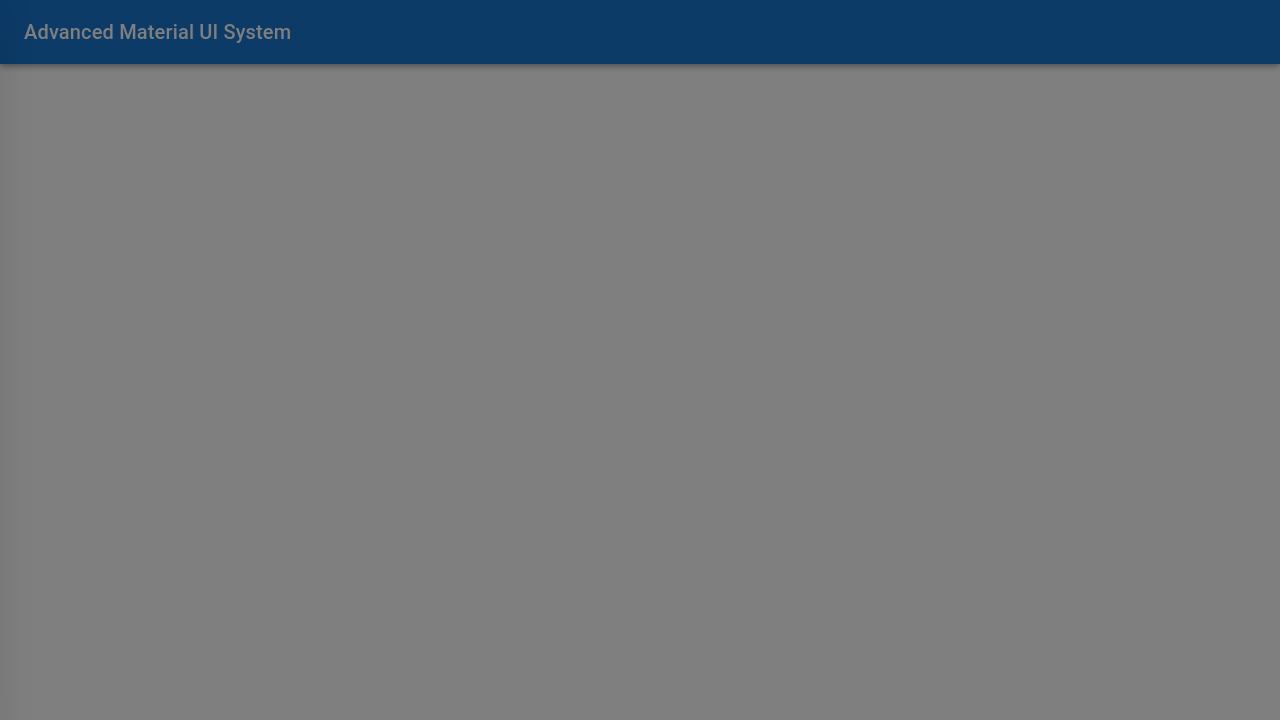
Repository: knowledgeAlan/react-mui
Page: /
These files come from the project's save history. The page is drawn as it stood at one moment and after a run of saves; the edit follows.
The browser window is 1280 px wide. The pictures show the whole page.
The project was rebuilt for these pictures with package versions that can differ from the ones it lists, and the page was loaded fresh each time. Also part of the build but not shown: vite.config.ts.

Above is the page before, as saved 2025-01-20 18:33:14.

After the next 3 saves:
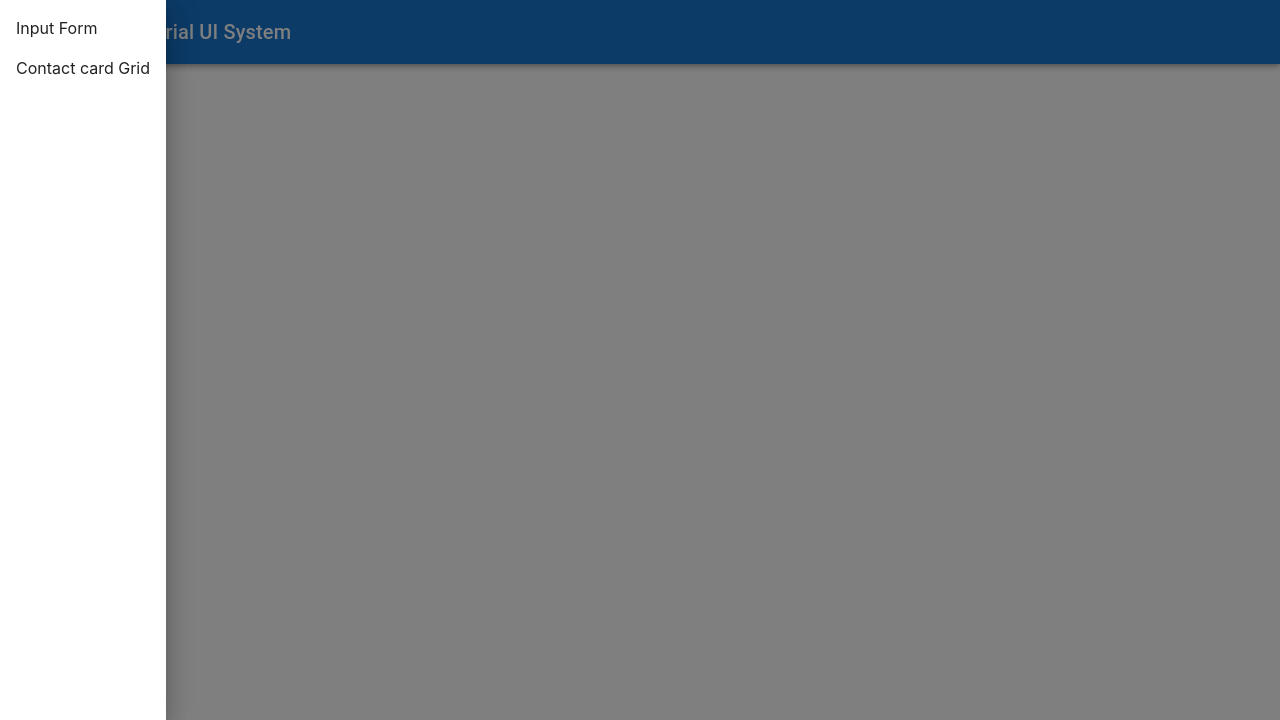
The 3 saves are shown as one change because 1 did not build or start and some came seconds apart.
The last was saved 19 s later.
--- a/src/components/Scaffold/NaviDrawer.tsx
+++ b/src/components/Scaffold/NaviDrawer.tsx
@@ -14,9 +14,9 @@ export default function NavDrawer(){
         <Drawer variant="temporary" open={true}>
 
             <List>
-                {[{text: "Input Form"},{text: "Contact card  Grid"}].map((nav,index) =>{
+                {[{text: "Input Form"},{text: "Contact card  Grid"}].map((nav,index) =>(
                     <ListItem key={index}>{nav.text}</ListItem>
-                })}
+                ))}
             </List>
         </Drawer>
         <main>
